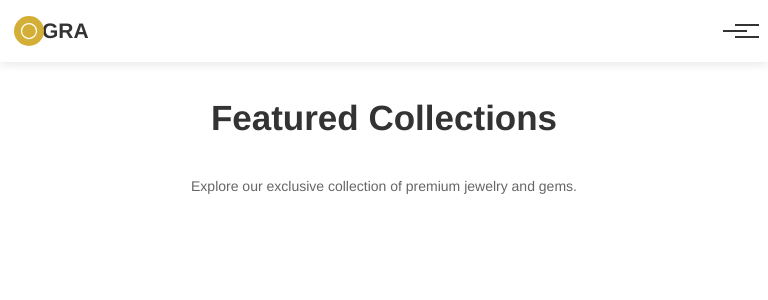
Repository: zhangchugao/jewelry
Page: /featured
The author's editor kept a copy of each file at every save. The page is drawn from the files as they stood at one save, then again after the next save.
The browser window is 768 px wide. The pictures show the whole page.
The project was rebuilt for these pictures with package versions that can differ from the ones it lists, and the page was loaded fresh each time. Also part of the build but not shown: vite.config.ts, src/components/BannerSection.vue, src/components/CertificateSection.vue, src/views/HomeView.vue, src/views/AboutView.vue, src/views/NewsView.vue, src/views/ContactView.vue.

Above is the page before, as saved 2025-11-23 11:47:29.

### index.html
<!doctype html>
<html lang="en">
  <head>
    <meta charset="UTF-8" />
    <link rel="icon" type="image/svg+xml" href="/vite.svg" />
    <meta name="viewport" content="width=device-width, initial-scale=1.0, maximum-scale=1.0, user-scalable=no" />
    <meta name="theme-color" content="#ffffff" />
    <meta name="description" content="GRA Jewelry - Exclusive Custom Jewelry and Certification" />
    <title>GRA Jewelry</title>
  </head>
  <body>
    <div id="app"></div>
    <script type="module" src="/src/main.ts"></script>
  </body>
</html>

### src/style.css
/* 全局变量 */
:root {
  --primary-color: #8b7d6b;
  --secondary-color: #333;
  --text-color: #333;
  --light-text: #666;
  --background-color: #fff;
  --border-color: #e0e0e0;
  --font-main: 'Helvetica Neue', Arial, sans-serif;
}

/* 重置样式 */
* {
  margin: 0;
  padding: 0;
  box-sizing: border-box;
}

html, body {
  font-family: var(--font-main);
  line-height: 1.6;
  color: var(--text-color);
  background-color: var(--background-color);
  min-height: 100vh;
}

#app {
  width: 100%;
  min-height: 100vh;
}

a {
  text-decoration: none;
  color: var(--secondary-color);
  transition: color 0.3s ease;
}

a:hover {
  color: var(--primary-color);
}

button {
  cursor: pointer;
  border: none;
  background: none;
  font-family: inherit;
}

/* 响应式断点 */
@media (max-width: 768px) {
  :root {
    font-size: 14px;
  }
}

@media (max-width: 480px) {
  :root {
    font-size: 12px;
  }
}

### src/App.vue
<script setup lang="ts">
import { RouterView } from 'vue-router';
import Navbar from './components/Navbar.vue';
</script>

<template>
  <div class="app">
    <Navbar />
    <main>
      <RouterView />
    </main>
  </div>
</template>

<style scoped>
.app {
  display: flex;
  flex-direction: column;
  min-height: 100vh;
}

main {
  flex: 1;
}
</style>

### src/router.ts
import { createRouter, createWebHistory } from 'vue-router';
import HomeView from './views/HomeView.vue';
import AboutView from './views/AboutView.vue';
import NewsView from './views/NewsView.vue';
import FeaturedView from './views/FeaturedView.vue';
import ContactView from './views/ContactView.vue';

const routes = [
  {
    path: '/',
    name: 'home',
    component: HomeView
  },
  {
    path: '/about',
    name: 'about',
    component: AboutView
  },
  {
    path: '/news',
    name: 'news',
    component: NewsView
  },
  {
    path: '/featured',
    name: 'featured',
    component: FeaturedView
  },
  {
    path: '/contact',
    name: 'contact',
    component: ContactView
  }
];

const router = createRouter({
  history: createWebHistory(),
  routes
});

export default router;

### src/components/Navbar.vue
<template>
  <nav class="navbar">
    <div class="navbar-container">
      <!-- Logo -->
      <div class="logo">
        <router-link to="/">
          <span class="logo-text">GRA</span>
        </router-link>
      </div>

      <!-- Desktop Navigation -->
      <div class="nav-links">
        <router-link to="/" class="nav-link">HOME</router-link>
        <router-link to="/about" class="nav-link">About</router-link>
        <router-link to="/news" class="nav-link">News</router-link>
        <router-link to="/featured" class="nav-link">Featured</router-link>
        <router-link to="/contact" class="nav-link">Contact</router-link>
      </div>

      <!-- Mobile Menu Button -->
      <button class="mobile-menu-btn" @click="toggleMobileMenu">
        <span class="menu-icon"></span>
      </button>
    </div>

    <!-- Mobile Navigation -->
    <div class="mobile-nav" v-if="mobileMenuOpen">
      <router-link to="/" class="mobile-nav-link" @click="closeMobileMenu">HOME</router-link>
      <router-link to="/about" class="mobile-nav-link" @click="closeMobileMenu">About</router-link>
      <router-link to="/news" class="mobile-nav-link" @click="closeMobileMenu">News</router-link>
      <router-link to="/featured" class="mobile-nav-link" @click="closeMobileMenu">Featured</router-link>
      <router-link to="/contact" class="mobile-nav-link" @click="closeMobileMenu">Contact</router-link>
    </div>
  </nav>
</template>

<script setup lang="ts">
import { ref } from 'vue';

const mobileMenuOpen = ref(false);

const toggleMobileMenu = () => {
  mobileMenuOpen.value = !mobileMenuOpen.value;
};

const closeMobileMenu = () => {
  mobileMenuOpen.value = false;
};
</script>

<style scoped>
.navbar {
  position: sticky;
  top: 0;
  background-color: #fff;
  box-shadow: 0 2px 10px rgba(0, 0, 0, 0.1);
  z-index: 1000;
  padding: 1rem 0;
}

.navbar-container {
  max-width: 1400px;
  margin: 0 auto;
  padding: 0 2rem;
  display: flex;
  justify-content: space-between;
  align-items: center;
}

.logo {
  display: flex;
  align-items: center;
}

.logo-text {
  font-size: 1.5rem;
  font-weight: bold;
  color: var(--secondary-color);
  position: relative;
  padding-left: 2rem;
}

.logo-text::before {
  content: '';
  position: absolute;
  left: 0;
  top: 50%;
  transform: translateY(-50%);
  width: 30px;
  height: 30px;
  background-color: #d4af37;
  border-radius: 50%;
  background-image: url('data:[embedded picture, 278 characters]');
  background-size: contain;
  background-repeat: no-repeat;
  background-position: center;
}

.nav-links {
  display: flex;
  gap: 2rem;
}

.nav-link {
  font-size: 0.9rem;
  font-weight: 500;
  text-transform: uppercase;
  letter-spacing: 1px;
  position: relative;
  padding: 0.5rem 0;
}

.nav-link::after {
  content: '';
  position: absolute;
  bottom: 0;
  left: 0;
  width: 0;
  height: 2px;
  background-color: var(--primary-color);
  transition: width 0.3s ease;
}

.nav-link:hover::after,
.nav-link.router-link-active::after {
  width: 100%;
}

.mobile-menu-btn {
  display: none;
  background: none;
  border: none;
  cursor: pointer;
  padding: 0.5rem;
}

.menu-icon {
  display: block;
  width: 24px;
  height: 2px;
  background-color: var(--secondary-color);
  position: relative;
  transition: background-color 0.3s ease;
}

.menu-icon::before,
.menu-icon::after {
  content: '';
  position: absolute;
  width: 24px;
  height: 2px;
  background-color: var(--secondary-color);
  transition: transform 0.3s ease;
}

.menu-icon::before {
  top: -6px;
}

.menu-icon::after {
  bottom: -6px;
}

.mobile-nav {
  display: none;
  position: absolute;
  top: 100%;
  left: 0;
  right: 0;
  background-color: #fff;
  box-shadow: 0 4px 6px rgba(0, 0, 0, 0.1);
  padding: 1rem 0;
}

.mobile-nav-link {
  display: block;
  padding: 1rem 2rem;
  font-size: 1rem;
  color: var(--secondary-color);
  text-align: center;
  border-bottom: 1px solid var(--border-color);
}

.mobile-nav-link:last-child {
  border-bottom: none;
}

.mobile-nav-link:hover {
  background-color: #f9f9f9;
  color: var(--primary-color);
}

/* 响应式设计 */
@media (max-width: 768px) {
  .nav-links {
    display: none;
  }

  .mobile-menu-btn {
    display: block;
  }

  .mobile-nav {
    display: block;
  }

  .navbar-container {
    padding: 0 1rem;
  }
}
</style>

### src/views/FeaturedView.vue
<template>
  <div class="featured">
    <h1>Featured Collections</h1>
    <div class="featured-content">
      <p>Explore our exclusive collection of premium jewelry and gems.</p>
    </div>
  </div>
</template>

<script setup lang="ts"></script>

<style scoped>
.featured {
  max-width: 1200px;
  margin: 0 auto;
  padding: 2rem;
}

.featured h1 {
  font-size: 2.5rem;
  color: #333;
  margin-bottom: 2rem;
  text-align: center;
}

.featured-content {
  line-height: 1.8;
  color: #666;
  text-align: center;
}
</style>

Loaded but not shown: src/main.ts (common file)

After the next save:
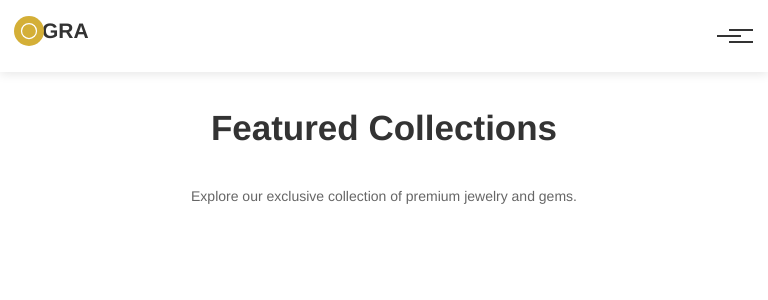
Saved 21 s later.
--- a/src/style.css
+++ b/src/style.css
@@ -58,3 +58,42 @@ button {
     font-size: 12px;
   }
 }
+
+/* H5设备优化 */
+/* 防止双击缩放 */
+* {
+  touch-action: manipulation;
+}
+
+/* 优化触摸目标大小 */
+button, a, input[type="button"], input[type="submit"] {
+  min-height: 44px;
+  min-width: 44px;
+}
+
+/* 滚动优化 */
+html {
+  -webkit-overflow-scrolling: touch;
+}
+
+/* 防止内容被底部安全区域遮挡（iPhone等设备） */
+@media (max-width: 768px) {
+  .certificate-section {
+    padding-bottom: calc(4rem + env(safe-area-inset-bottom, 0px));
+  }
+
+  .mobile-nav {
+    padding-bottom: calc(1rem + env(safe-area-inset-bottom, 0px));
+  }
+}
+
+/* 横屏模式优化 */
+@media screen and (orientation: landscape) and (max-height: 500px) {
+  .banner {
+    height: 80vh;
+  }
+
+  .certificate-section {
+    padding: 2rem 1rem;
+  }
+}
